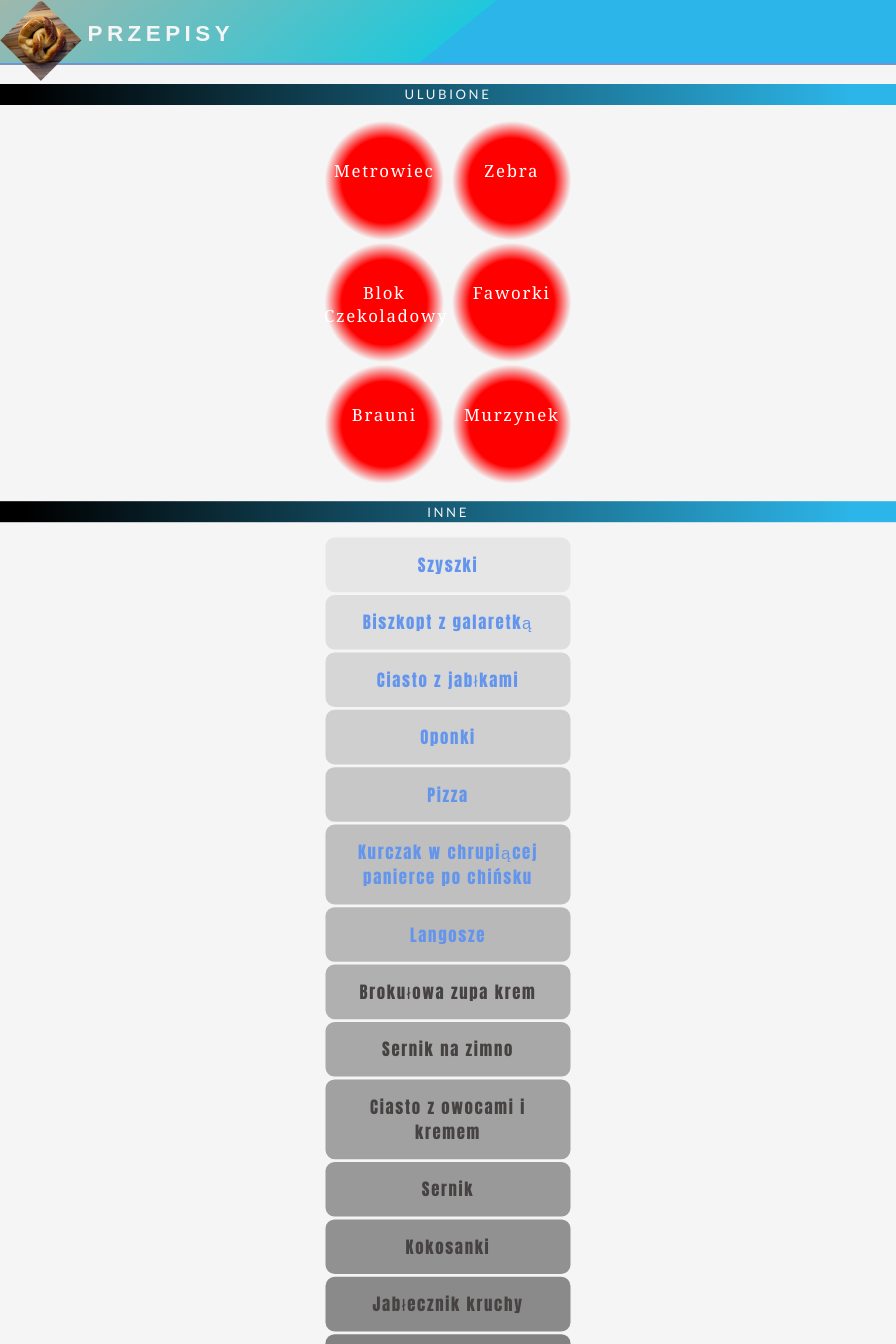
Repository: yaoayh/przepisy
Page: index.html
An editor plug-in stored every save of this project. The page is shown before and after the next save, followed by the edit.
The browser window is 1280 px wide. The pictures show the part of the page from y = 0 to 1920 px (the page is 3147 px tall), at 70% of full size.

Above is the page before, as saved 2020-08-14 17:06:54.

After the next save:
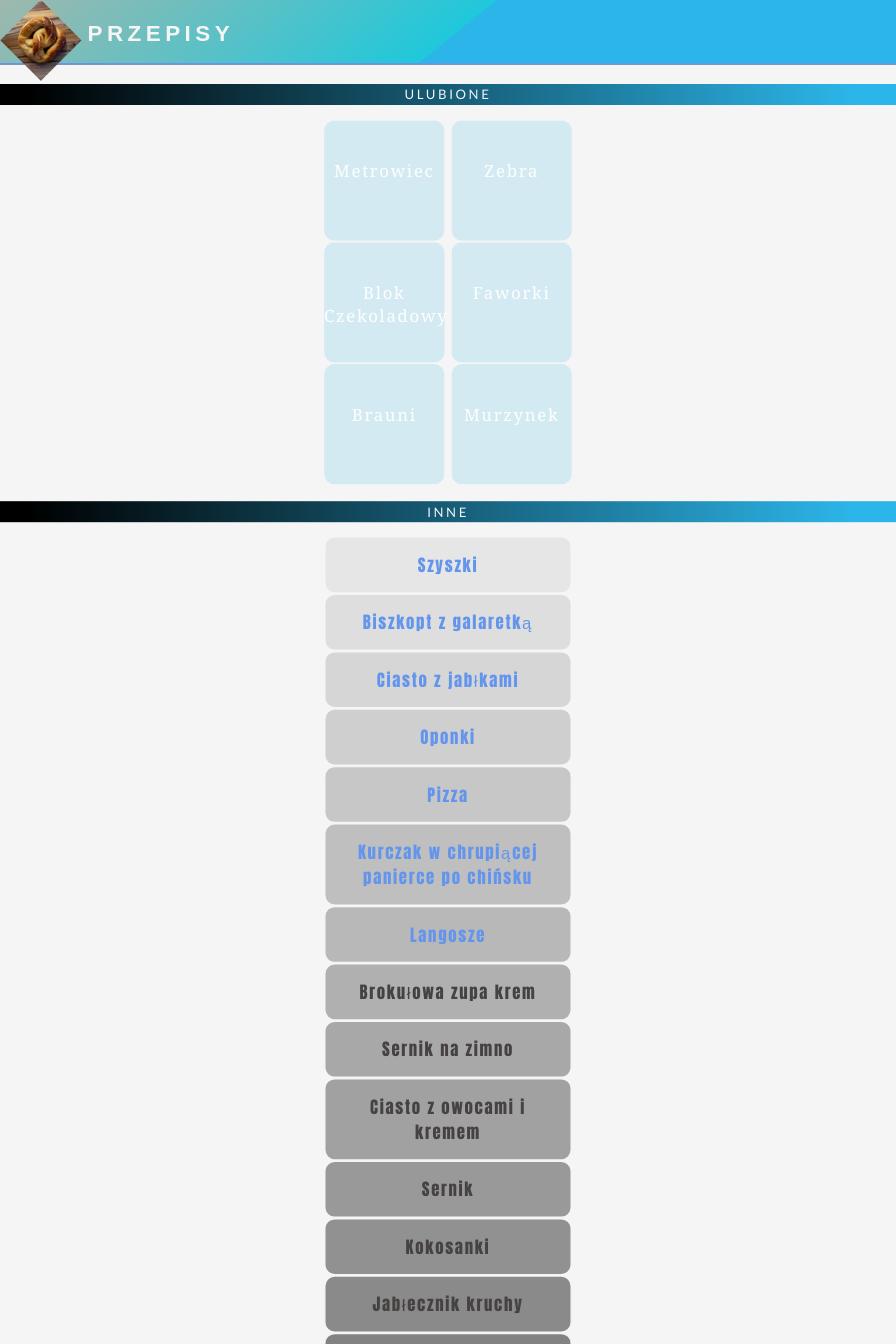
Saved 13 min 27 s later.
--- a/css/styles.css
+++ b/css/styles.css
@@ -1,22 +1,11 @@
 @keyframes main_Circle {
-    10% {
+    from {
+        opacity: 0;
+        background-color: #2cb5e8;
+    }
+    to {
         opacity: 1;
-        background-image: linear-gradient(circle, red, red 50%,red 70%);
-    }
-    25% {
-        opacity: 1;
-        background-image: linear-gradient(circle, red, red 50%,whitesmoke 70%);
-    }
-    50% {
-        opacity: 1;
-    }
-    75% {
-        opacity: 1;
-        background-image: linear-gradient(circle, blue , blue 50%,whitesmoke 70%);
-    }
-    100% {
-        opacity: 1;
-        background-image: radial-gradient(circle,red, red 50%,whitesmoke 70%);
+
     }
 }
 html{overflow: scroll;}
